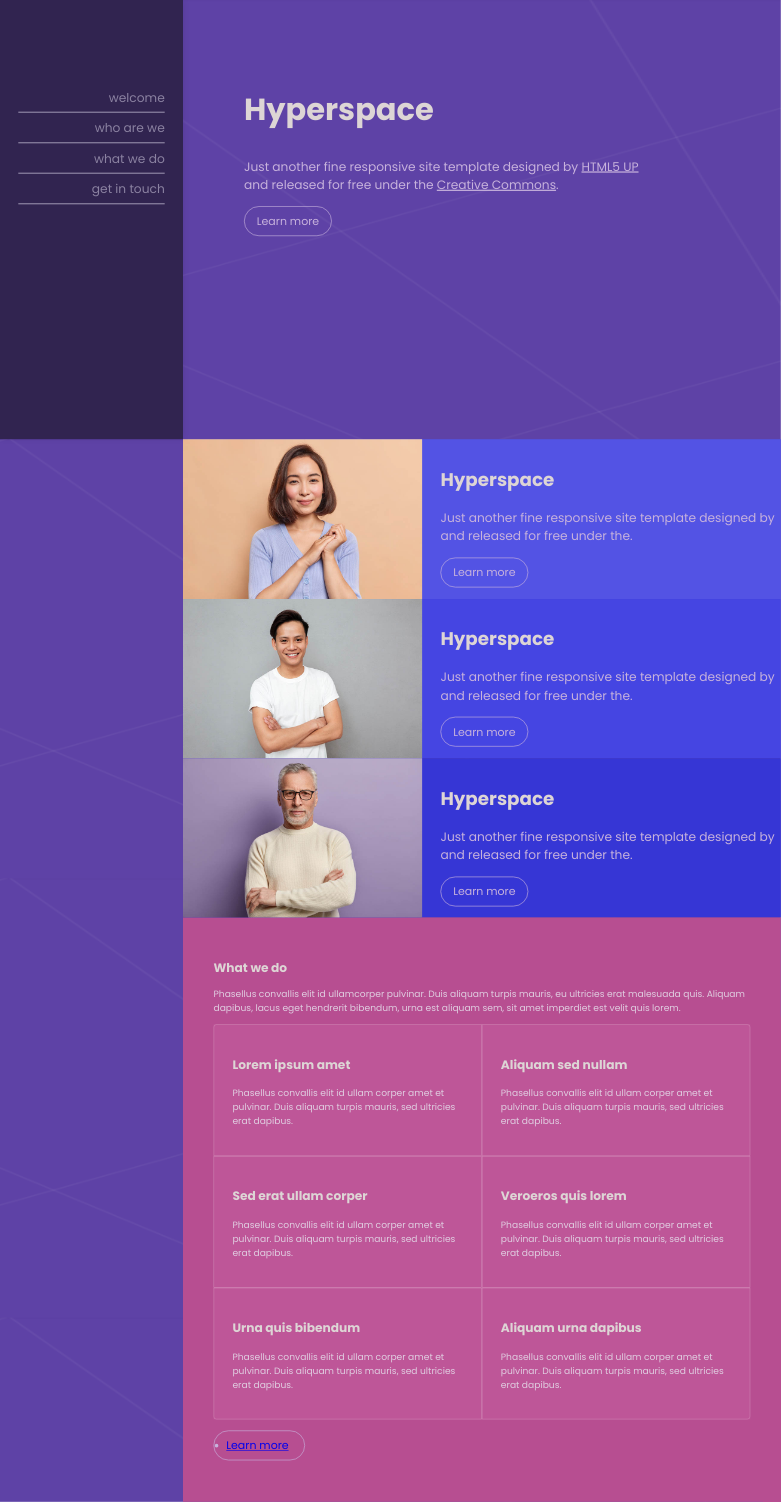
Repository: zai31/KIMIT_Tasks
Page: JsSession8/index.html
These files come from the project's save history. The page is drawn as it stood at one moment and after a run of saves; the edit follows.
The browser window is 1280 px wide. The pictures show the whole page, at 61% of full size.
Backgrounds fixed to the window are drawn as part of the page.

Above is the page before, as saved 2025-09-15 21:08:45.

After the next 2 saves:
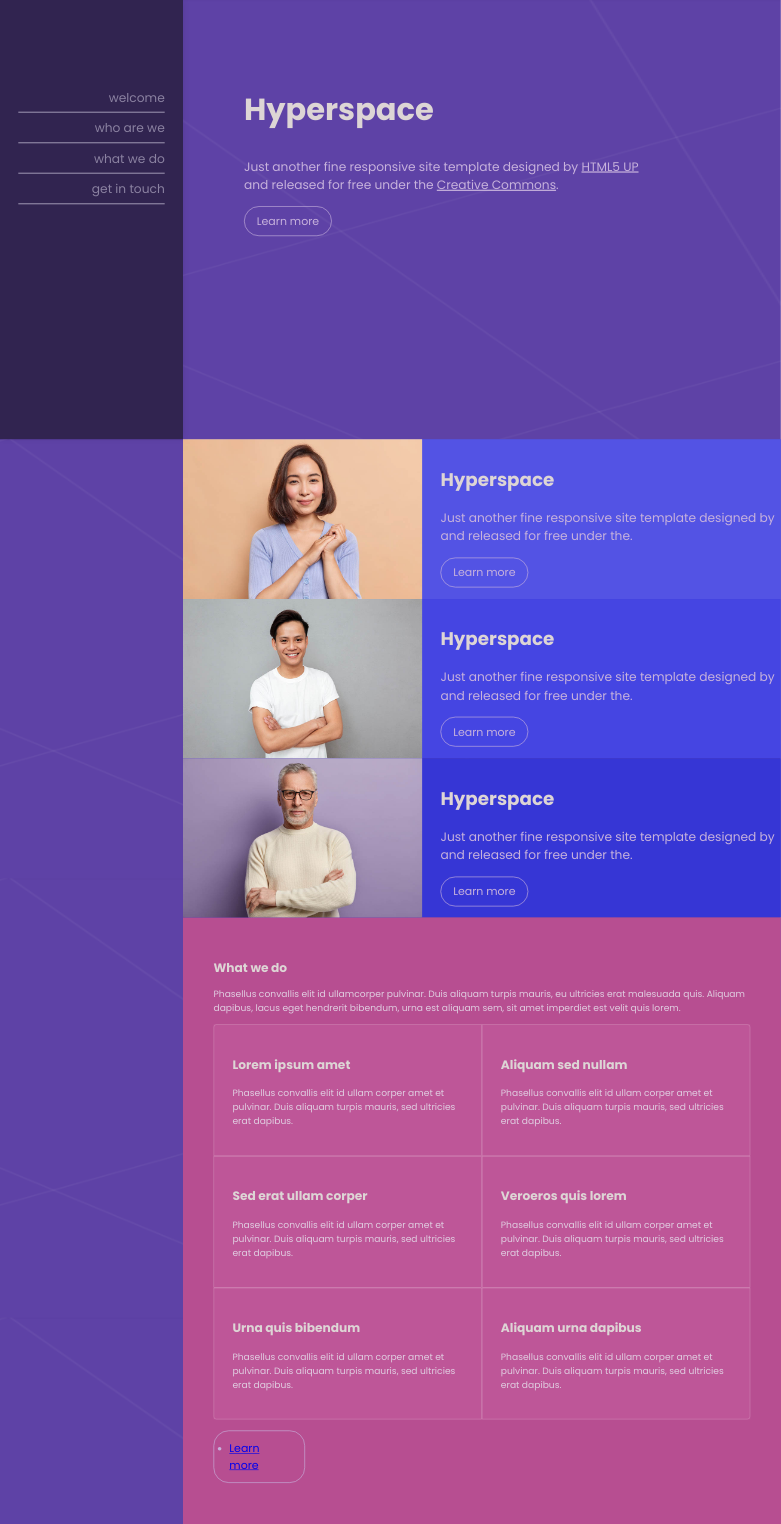
The 2 saves are shown as one change because they came seconds apart.
The last was saved 13 s later.
--- a/JsSession8/CSS/style.css
+++ b/JsSession8/CSS/style.css
@@ -237,7 +237,7 @@ body {
    color: var(--section-bg-color);
     background-color: transparent;
     border: 1px solid var(--section-bg-color);
-    padding: 10px 20px;
+    padding: 15px 25px;
     border-radius: 25px;
     cursor: pointer;
     text-decoration: none;

After the 3 saves that followed:
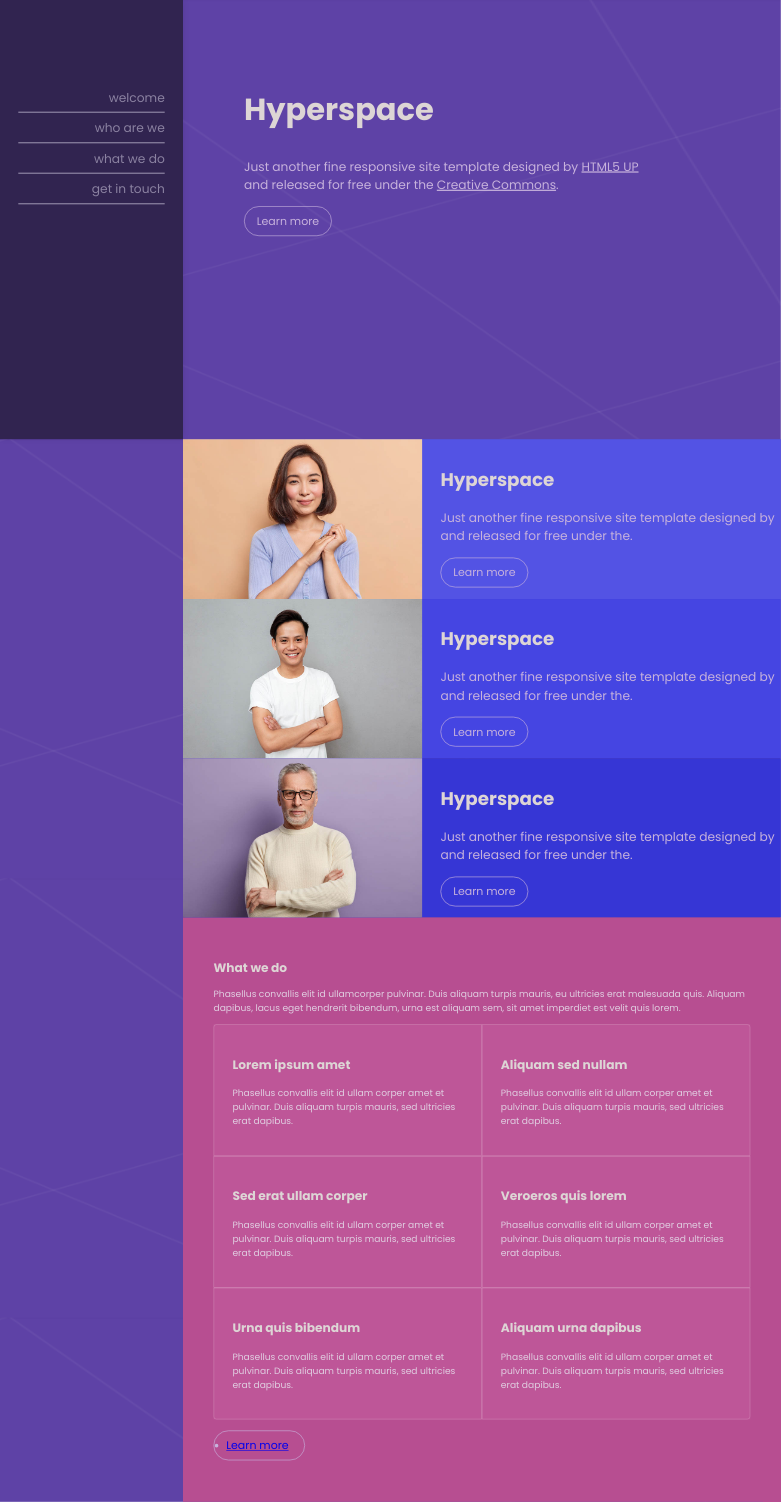
The 3 saves are shown as one change because they came seconds apart.
The last was saved 11 s later.
--- a/JsSession8/CSS/style.css
+++ b/JsSession8/CSS/style.css
@@ -237,10 +237,14 @@ body {
    color: var(--section-bg-color);
     background-color: transparent;
     border: 1px solid var(--section-bg-color);
-    padding: 15px 25px;
+    padding: 10px 20px;
     border-radius: 25px;
     cursor: pointer;
     text-decoration: none;
     font-size: 18px;
     width: 150px;
 }
+
+.flex-section .section .content .what .actions:hover {
+    background-color: rgb(77, 77, 246);
+}
